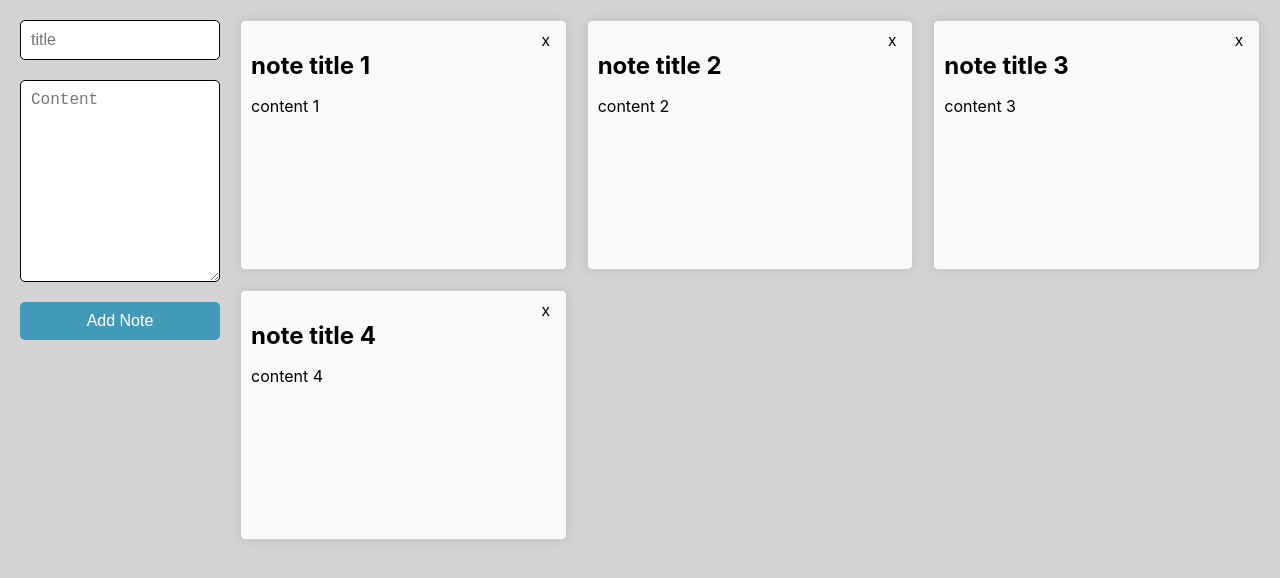
Repository: VishakhaSainani/Notes-app
Page: / (app in notes.ui/)
An editor plug-in stored every save of this project. The page is shown before and after the next save, followed by the edit.
The browser window is 1280 px wide. The pictures show the whole page.
The page's requests for data from a server got no answer. The project was rebuilt for these pictures with package versions that can differ from the ones it lists, and the page was loaded fresh each time. No one was signed in, and anything a server would have sent is missing.

Above is the page before, as saved 2024-03-01 01:11:23.

### notes.ui/src/App.js
import React, { useEffect } from "react";
import "./App.css";
import { useState } from "react";

function App() {
  const [notes, setNotes] = useState([
    {
      id: 1,
      title: "note title 1",
      content: "content 1",
    },
    {
      id: 2,
      title: "note title 2",
      content: "content 2",
    },
    {
      id: 3,
      title: "note title 3",
      content: "content 3",
    },
    {
      id: 4,
      title: "note title 4",
      content: "content 4",
    },
  ]);
  const [title, setTitle] = useState("");
  const [content, setContent] = useState("");

  const [selectedNote, setSelectedNote] = useState(null);

  useEffect(() => {
    const fetchNotes = async () => {
      try {
        const response = await fetch("http://localhost:5000/api/notes");
        const notes = await response.json();
        setNotes(notes);
      } catch (error) {
        console.log(error);
      }
    };
    fetchNotes();
  }, []);

  const handleSelectedNote = (note) => {
    setSelectedNote(note);
    setTitle(note.title);
    setContent(note.content);
  };

  const handleDeleteNote = (id) => {
    //event.preventDefault();
    const updatedNotesList = notes.filter((note) => note.id !== id);
    setNotes(updatedNotesList);
    if (selectedNote && selectedNote.id === id) {
      setTitle("");
      setContent("");
      setSelectedNote(null);
    }
  };
  const handleAddNote = (event) => {
    event.preventDefault();
    const newNote = {
      id: notes.length + 1,
      title: title,
      content: content,
    };

    setNotes([newNote, ...notes]);
    setTitle("");
    setContent("");
  };

  const handleUpdateNote = (event) => {
    event.preventDefault();
    if (!selectedNote) return;
    const updatedNote = {
      id: selectedNote.id,
      title: title,
      content: content,
    };
    const updatedNotesList = notes.map((note) => {
      if (note.id === selectedNote.id) return updatedNote;
      else return note;
    });
    setNotes(updatedNotesList);
    setTitle("");
    setContent("");
    setSelectedNote(null);
  };

  const handleCancel = () => {
    setTitle("");
    setContent("");
    setSelectedNote(null);
  };

  return (
    <div className="App">
      <div className="app-container">
        <form
          action=""
          className="note-form"
          onSubmit={selectedNote ? handleUpdateNote : handleAddNote}
        >
          <input
            value={title}
            onChange={(event) => setTitle(event.target.value)}
            placeholder="title"
            required
          />
          <textarea
            value={content}
            onChange={(event) => setContent(event.target.value)}
            placeholder="Content"
            required
            rows={10}
          ></textarea>
          {selectedNote ? (
            <div className="edit-buttons">
              <button type="submit">Save</button>
              <button onClick={handleCancel}>Cancel</button>
            </div>
          ) : (
            <button type="submit">Add Note</button>
          )}
        </form>
        <div className="notes-grid">
          {notes.map((note) => (
            <div
              className="note-item"
              key={note.id}
              onClick={(event) => {
                // Check if the click event target is not the delete button
                // console.log(event.target);
                if (!event.target.closest(".notes-header button")) {
                  handleSelectedNote(note);
                }
              }}
            >
              <div className="notes-header">
                <button onClick={() => handleDeleteNote(note.id)}>x</button>
              </div>
              <h2>{note.title}</h2>
              <p>{note.content}</p>
            </div>
          ))}
        </div>
      </div>
    </div>
  );
}

export default App;

### notes.ui/src/App.css
body {
  margin: 20px;
  background-color: lightgray;
}

.app-container {
  grid-template-columns: 1fr;
}

/* when width is 600 or more than 600px then this styling will work */
@media (min-width: 600px) {
  .app-container {
    /* background-color: red; */
    display: grid;
    grid-template-columns: 200px 1fr;
    gap: 20px;
  }
}

.notes-grid {
  display: grid;
  grid-template-columns: repeat(auto-fill, minmax(250px, 1fr));
  grid-auto-rows: minmax(250px, auto);
  gap: 20px;
}

.note-item {
  display: flex;
  flex-direction: column;
  border: 1px solid #ccc;
  padding: 10px;
  border-radius: 5px;
  background-color: #f9f9f9;
  box-shadow: 0px 0px 10px rgba(0, 0, 0, 0.1);
  cursor: pointer;
}

.notes-header {
  display: flex;
  justify-content: flex-end;
}

.notes-header button {
  font-size: 16px;
  background: transparent;
  border: none;
  cursor: pointer;
  max-width: fit-content;
}

h2 {
  margin: 0;
}

.note-form {
  display: flex;
  flex-direction: column;
  gap: 20px;
}

textarea,
input {
  border-radius: 5px;
  border: 1px solid black;
  padding: 10px;
  font-size: 16px;
}

.note-form button {
  border-radius: 5px;
  background-color: rgb(64, 154, 184);
  border: none;
  font-size: 16px;
  color: white;
  padding: 10px;
}

.note-form button:hover {
  background-color: rgb(106, 175, 198);
  cursor: pointer;
}

.edit-buttons {
  display: flex;
  justify-content: space-evenly;
  gap: 5px;
}

.edit-buttons button {
  flex: 1;
}

.edit-buttons button:last-of-type {
  background-color: rgb(183, 74, 74);
  color: white;
}

Loaded but not shown: notes.ui/public/index.html (common file); notes.ui/src/index.js (common file); notes.ui/src/index.css (common file); notes.ui/src/reportWebVitals.js (common file)

After the next save:
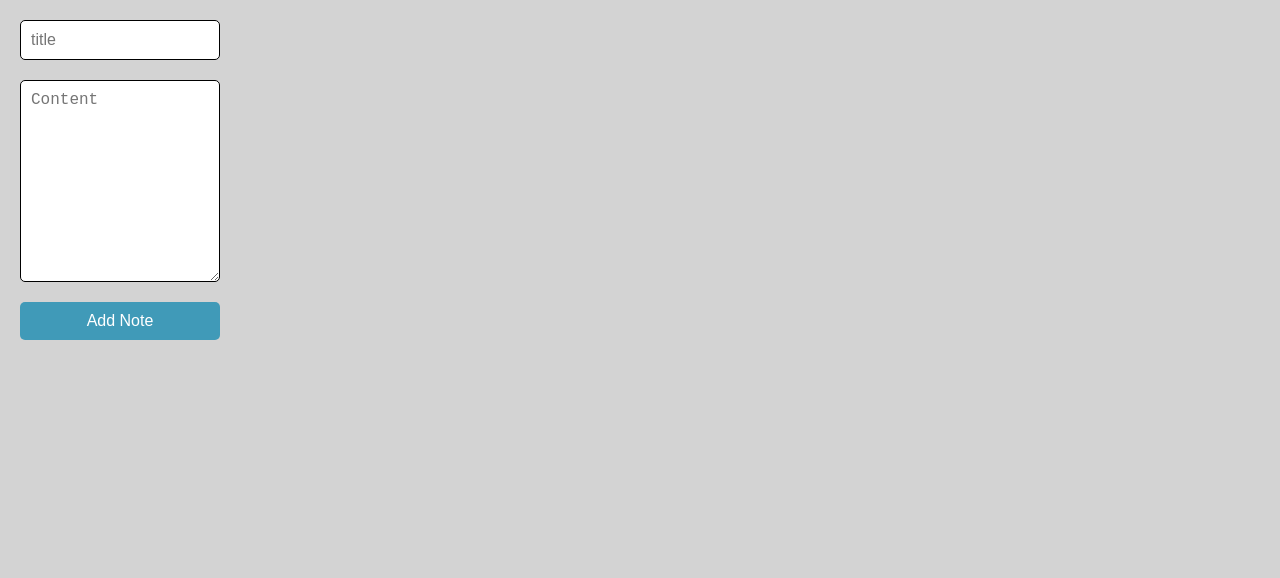
Saved 3 min 50 s later.
--- a/notes.ui/src/App.js
+++ b/notes.ui/src/App.js
@@ -3,28 +3,7 @@ import "./App.css";
 import { useState } from "react";
 
 function App() {
-  const [notes, setNotes] = useState([
-    {
-      id: 1,
-      title: "note title 1",
-      content: "content 1",
-    },
-    {
-      id: 2,
-      title: "note title 2",
-      content: "content 2",
-    },
-    {
-      id: 3,
-      title: "note title 3",
-      content: "content 3",
-    },
-    {
-      id: 4,
-      title: "note title 4",
-      content: "content 4",
-    },
-  ]);
+  const [notes, setNotes] = useState([]);
   const [title, setTitle] = useState("");
   const [content, setContent] = useState("");
 
